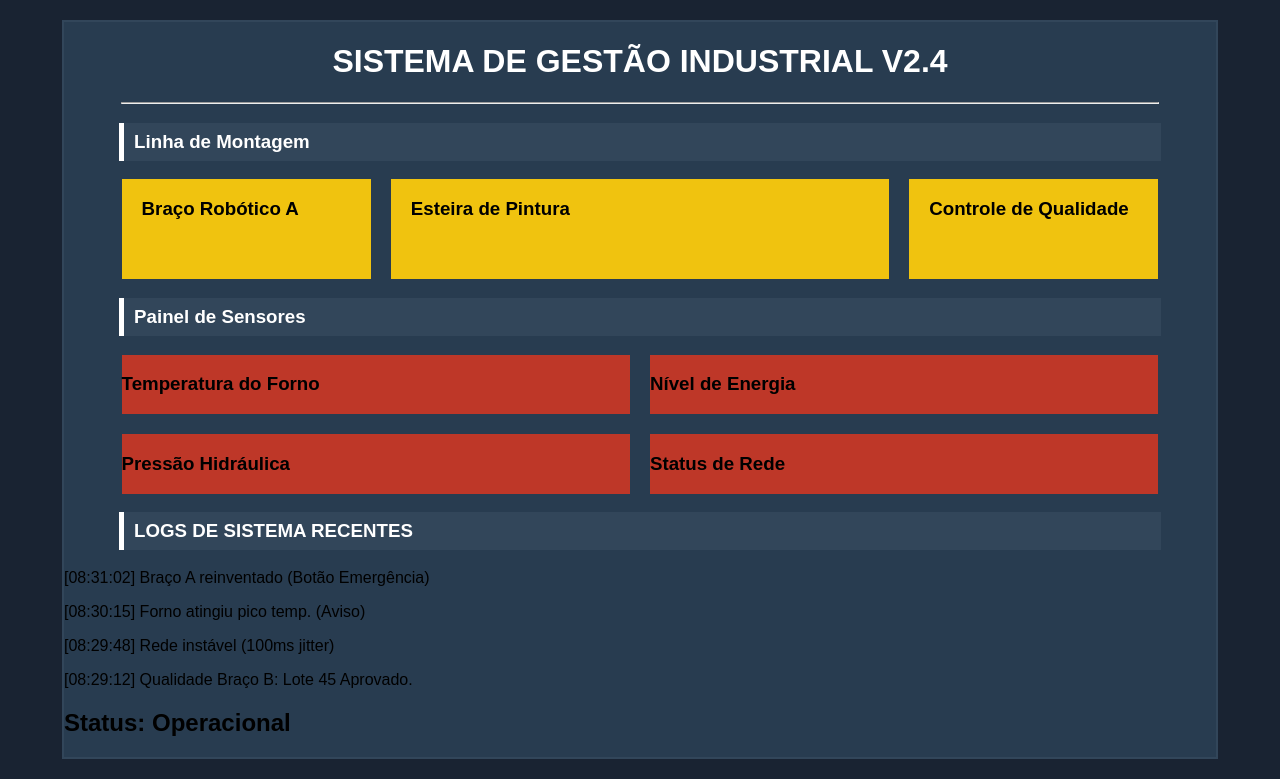
Repository: DanielEDapper/Front-WEG
Page: ProfeIgor/Aula5 - Dashboard Industrial/index.html
These files come from the project's save history. The page is drawn as it stood at one moment and after the next save; the edit follows.
The browser window is 1280 px wide. The pictures show the whole page.
Some icons come from a web library that is not loaded, so they are not drawn.

Above is the page before, as saved 2026-05-29 19:57:34.

### ProfeIgor/Aula5 - Dashboard Industrial/index.html
<!DOCTYPE html>
<html lang="en">
<head>
    <meta charset="UTF-8">
    <meta name="viewport" content="width=device-width, initial-scale=1.0">
    <link rel="stylesheet" href="style.css">
    <link rel='stylesheet' href='https://cdn-uicons.flaticon.com/4.0.0/uicons-bold-straight/css/uicons-bold-straight.css'>
    <title>Sistema de gestão Industrial</title>
</head>
<body>
    <div id="wrapper">
        <div id="header">
            <h1>SISTEMA DE GESTÃO INDUSTRIAL V2.4</h1>
        </div>
        <hr>
        <div id="main">
            <div class="container-main">

                <div class="titulo-sessao">
                    <h3>Linha de Montagem</h3>
                </div>
                <div class="container-montagem">
                    <div class="card">
                        <h3>Braço Robótico A</h3>
                        <i class="fi fi-bs-thumbtack"></i>
                    </div>
                    <div class="card">
                        <h3>Esteira de Pintura</h3>
                        <i class="fi fi-bs-arrow-right"></i>
                    </div>
                    <div class="card">
                        <h3>Controle de Qualidade</h3>
                        <i class="fi fi-bs-medal"></i>
                    </div>
                </div>


                <div class="titulo-sessao">
                    <h3>Painel de Sensores</h3>
                </div>
                <div class="container-sensores">
                    <div class="card-sensores">
                        <h3>Temperatura do Forno</h3>
                        <i class="fi fi-bs-temperature-high"></i>
                    </div>
                    <div class="card-sensores">
                        <h3>Nível de Energia</h3>
                        <i class="fi fi-bs-battery-half"></i>
                    </div>
                    <div class="card-sensores">
                        <h3>Pressão Hidráulica</h3>
                        <i class="fi fi-bs-dashboard"></i>
                    </div>
                    <div class="card-sensores">
                        <h3>Status de Rede</h3>
                        <i class="fi fi-bs-workflow-setting-alt"></i>
                    </div>
                </div>


                <div class="titulo-sessao">
                    <h3>LOGS DE SISTEMA RECENTES</h3>
                </div>
                <div class="container-logs">
                    <p>[08:31:02] Braço A reinventado (Botão Emergência)</p>
                    <p>[08:30:15] Forno atingiu pico temp. (Aviso)<p>
                    <p>[08:29:48] Rede instável (100ms jitter)</p>
                    <p>[08:29:12] Qualidade Braço B: Lote 45 Aprovado.</p>
                </div>
            </div>
        </div>
        <div id="footer">
            <h2>Status: Operacional</h2>
        </div>
    </div>
</body>
</html>

### ProfeIgor/Aula5 - Dashboard Industrial/style.css
:root{
    --bg-dark: #192332;
    --bg-main: #283C50;
    --bg-panel: #32465A;

    --warning: #F0C30F;
    --danger: #BE3728;
    --success: #2ECC71;

    --log-bg: #D2E6F5;

    --text: #FFFFFF;
    --text-secondary: #99A3AB;

    --accent-blue: #638CAB;
}

body{
    margin: 0;
    padding: 0;
    background-color: var(--bg-dark);
}

#wrapper{
    font-family: Arial, Helvetica, sans-serif;
    height: 90%;
    width: 90%;
    background-color: var(--bg-main);
    border: 2px solid var(--bg-panel);
    margin: 20px;
    justify-self: center;
}

#header{
    color: var(--text);
    text-align: center;
}

hr{
    width: 90%;
    font-weight: 400;
}

.titulo-sessao{
    background-color: var(--bg-panel);
    color: var(--text);
    width: 90%;
    justify-self: center;
    border-left: 5px solid var(--text);
}

.titulo-sessao h3{
    padding: 8px 0px 8px 10px;
}

.container-montagem{
    display: flex;
    width: 90%;
    justify-self: center;
    flex-basis: 400;
    height: 100px;
    justify-content: space-around;
    gap: 20px;
}

.card{
    background-color: var(--warning);
}

.card h3{
    padding: 0px 0px 0px 20px;
}

.card i{
    display: flex;
    justify-self: center;
}

.card:nth-child(1){
    width: 25%;
}

.card:nth-child(2){
    width: 50%;
}

.card:nth-child(2) i{
    display: flex;
    padding: 0px 20px 0px 0px;
    justify-self: end;
}

.card:nth-child(3){
    width: 25%;
}

.container-sensores{
    width: 90%;
    display: grid;
    grid-template-columns: 1fr 1fr;
    gap: 20px;
    justify-self: center;
}

.card-sensores{
    background-color: var(--danger);
    align-content: center;
}

After the next save:
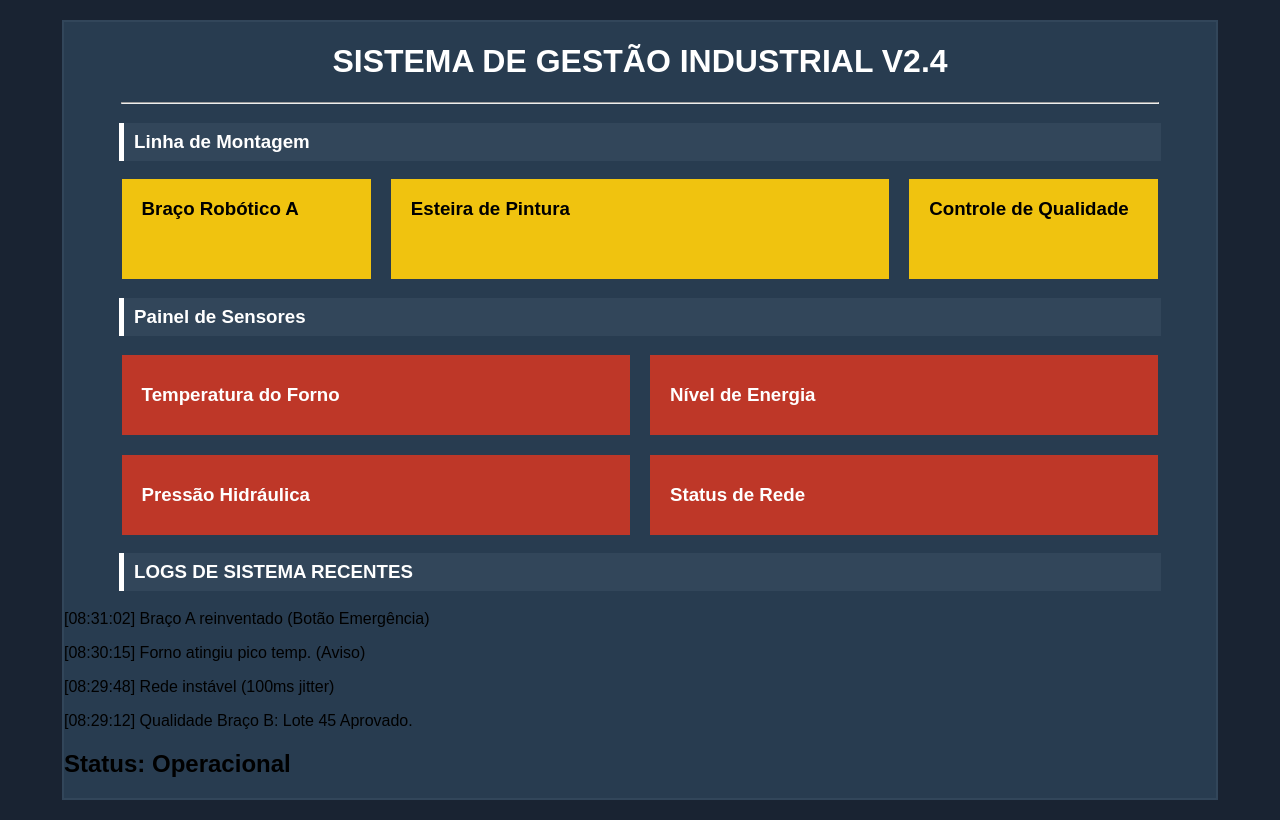
Saved 101 s later.
--- a/ProfeIgor/Aula5 - Dashboard Industrial/style.css
+++ b/ProfeIgor/Aula5 - Dashboard Industrial/style.css
@@ -104,5 +104,15 @@ hr{
 
 .card-sensores{
     background-color: var(--danger);
-    align-content: center;
+    color: var(--text);
+
+    height: 80px;
+
+    display: flex;
+    justify-content: space-between;
+    align-items: center;
+
+    padding: 0 20px;
+
+    box-sizing: border-box;
 }
